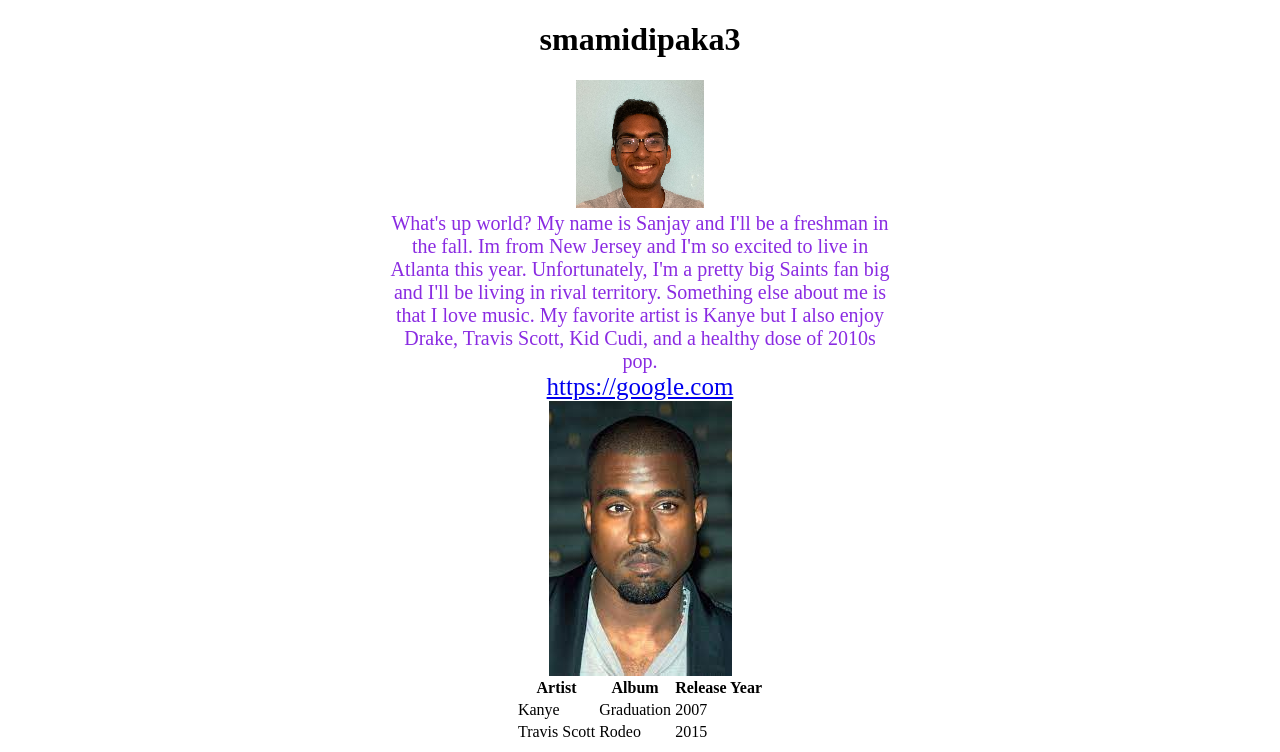
Repository: sanjayMamidipaka/cs1301
Page: lab01/index.html
An editor plug-in stored every save of this project. The page is shown before and after the next save, followed by the edit.
The browser window is 1280 px wide. The pictures show the whole page.

Above is the page before, as saved 2021-07-22 16:41:25.

### lab01/index.html
<!DOCTYPE html>

<head>
    <link rel="stylesheet" href="style.css">
  </head>

  <div class = "h1">
    <h1>smamidipaka3</h1>

    <img src="image.png" alt="My Picture">
    <p class = 'description'>
        What's up world? My name is Sanjay and I'll be a freshman in the fall. Im from New Jersey and I'm so excited to live in Atlanta this year.
        Unfortunately, I'm a pretty big Saints fan big and I'll be living in rival territory. Something else about me is that I love music. My favorite artist is Kanye but
        I also enjoy Drake, Travis Scott, Kid Cudi, and a healthy dose of 2010s pop.
    </p>

    <a class='link' href="https://google.com">https://google.com</a>

  </div>

  <a href="https://www.kanyewest.com/" >
    <img class='kanye' src="kanye.jpeg" alt="The GOAT's pic">
</a>

<table class='center'>
    <tr>
        <th>Artist</th>
        <th>Album</th>
        <th>Release Year</th>
    </tr>

    <tr>
        <td>Kanye</td>
        <td>Graduation</td>
        <td>2007</td>
    </tr>

    <tr>
        <td>Travis Scott</td>
        <td>Rodeo</td>
        <td>2015</td>
    </tr>
</table>

### lab01/style.css
.h1 {
    text-align: center
}

.description {
    width: 500px;
    text-align: center;
    margin: auto;
    color: blueviolet;
    font-size: 20px;
}

.link {
    font-size: 25px;
}

.kanye {
    display: block;
    margin-left: auto;
    margin-right: auto;
}

.center {
    margin-left: auto;
    margin-right: auto;
    border: black 1px;
  }

After the next save:
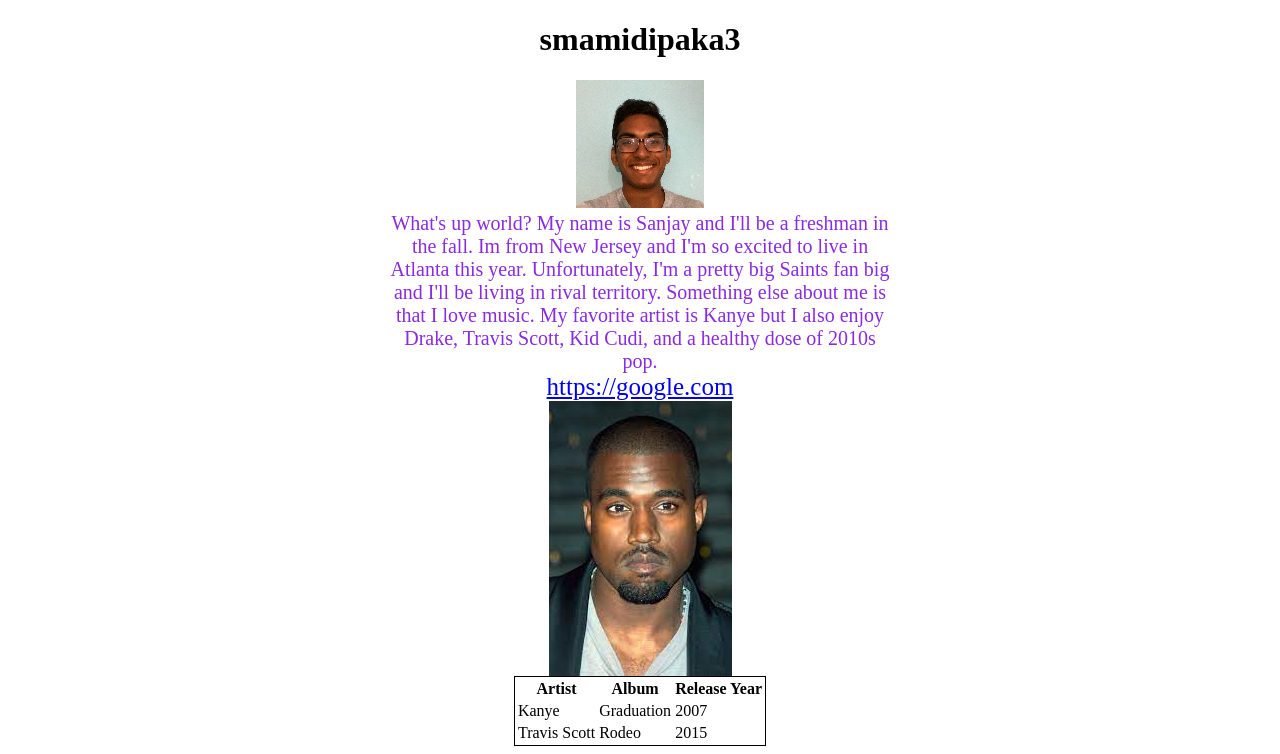
Saved 8 s later.
--- a/lab01/style.css
+++ b/lab01/style.css
@@ -23,5 +23,5 @@
 .center {
     margin-left: auto;
     margin-right: auto;
-    border: black 1px;
+    border: black solid 1px;
   }

After the save that followed:
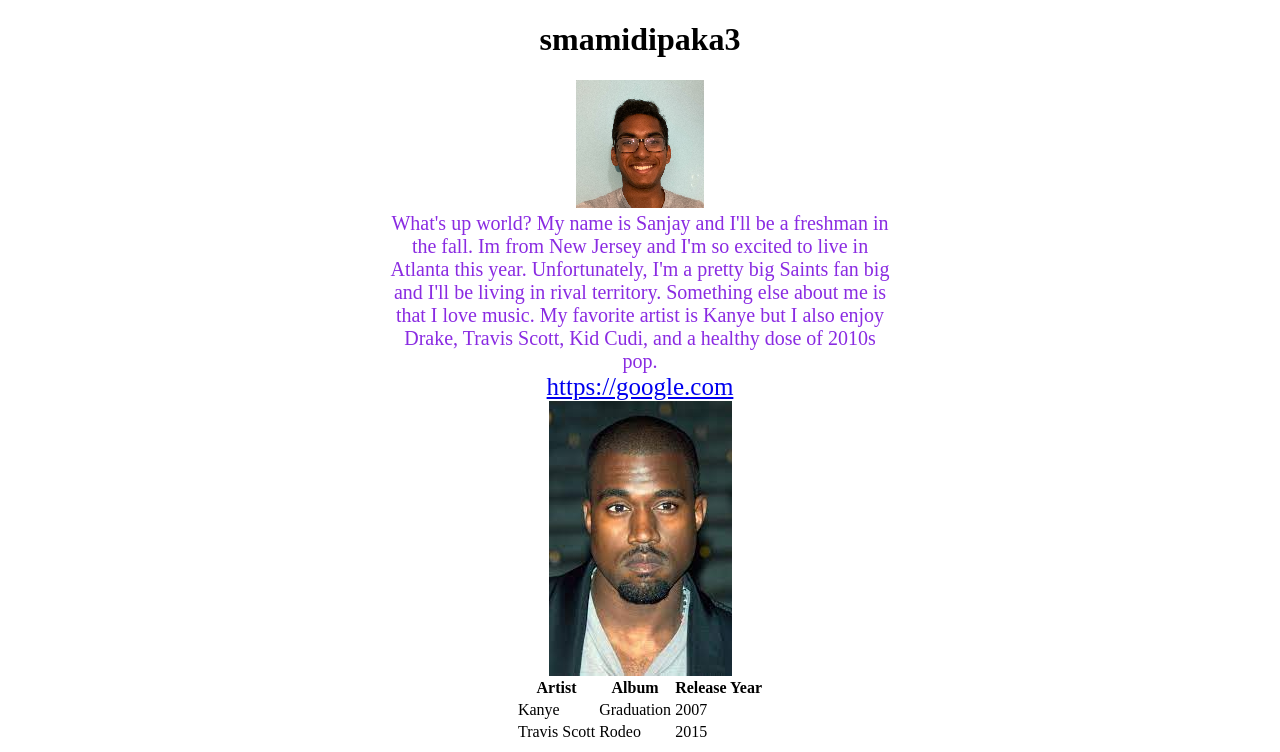
Saved 17 s later.
--- a/lab01/style.css
+++ b/lab01/style.css
@@ -23,5 +23,5 @@
 .center {
     margin-left: auto;
     margin-right: auto;
-    border: black solid 1px;
+    border: black 1px;
   }
